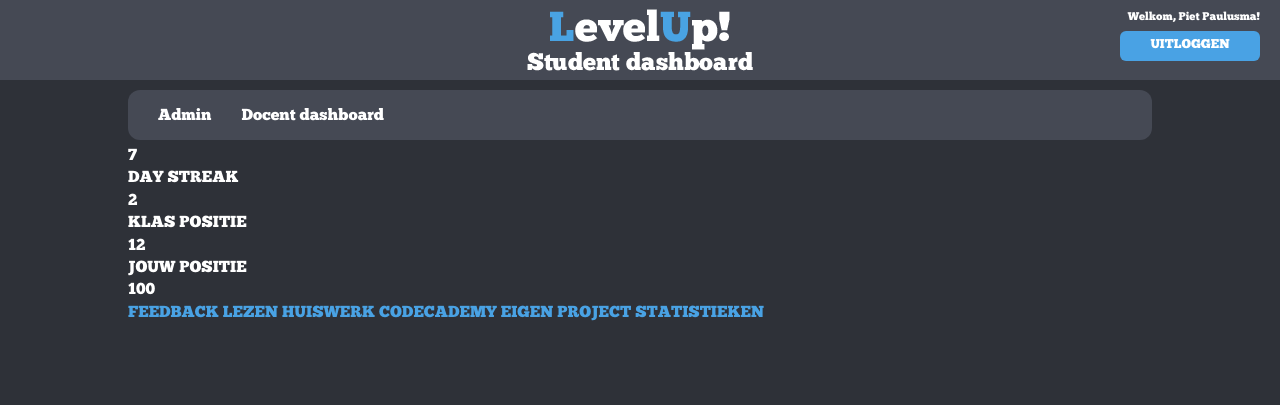
Repository: boblanckenburg/levelup
Page: website/src/index.html
An editor plug-in stored every save of this project. The page is shown before and after the next save, followed by the edit.
The browser window is 1280 px wide. The pictures show the whole page.

Above is the page before, as saved 2014-10-07 15:23:24.

After the next save:
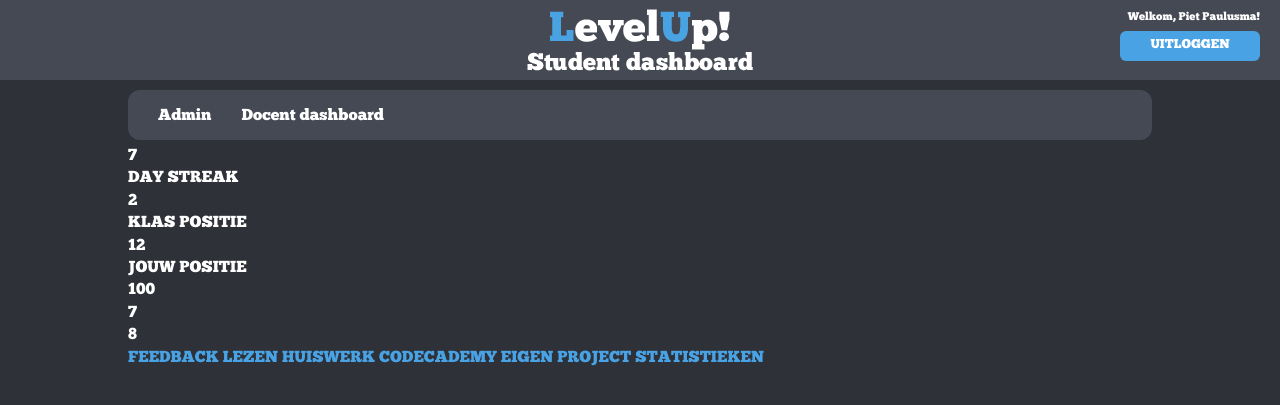
Saved 27 s later.
--- a/website/src/index.html
+++ b/website/src/index.html
@@ -52,7 +52,9 @@
 					</div>
 
 					<div class="progress-bar blue">
+						<div id="prevlvl">7</div>
 					    <span style="width: 60%"></span>
+					    <div id="nextlvl">8</div>
 					</div>
 
 				</section>
